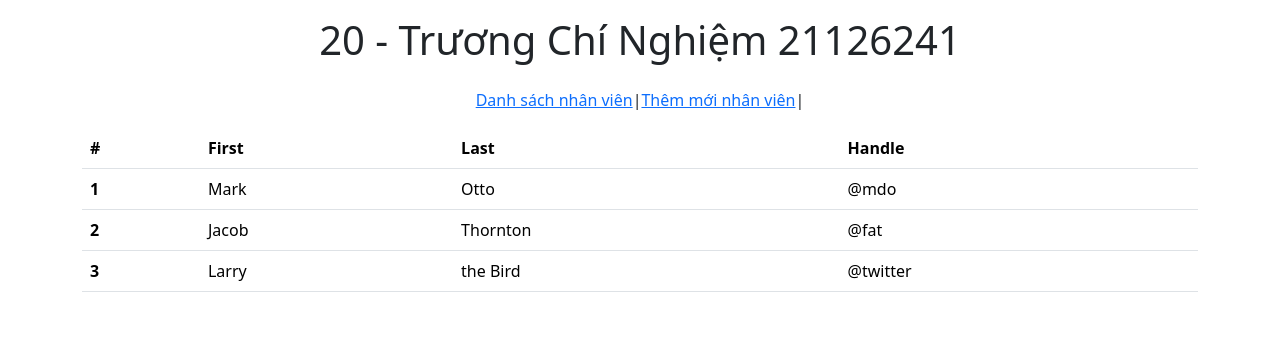
Repository: TruongChiNghiem1/wwwServlet
Page: http://localhost/20_TruongChiNghiem_21126241/views/ListNhanVien/index.jsp
These files come from the project's save history. The page is drawn as it stood at one moment and after the next save; the edit follows.
The browser window is 1280 px wide. The pictures show the whole page.
The page is served by Tomcat 10. Other server files are loaded and not shown.

Above is the page before, as saved 2024-10-25 16:50:17.

### 20_TruongChiNghiem_21126241/src/main/webapp/views/ListNhanVien/index.jsp
<%@ page language="java" contentType="text/html; charset=UTF-8"
	pageEncoding="UTF-8"%>
<!DOCTYPE html>
<html>
<head>
<meta charset="UTF-8">
<title>Insert title here</title>
<link
	href="https://cdn.jsdelivr.net/npm/bootstrap@5.3.3/dist/css/bootstrap.min.css"
	rel="stylesheet"
	integrity="sha384-QWTKZyjpPEjISv5WaRU9OFeRpok6YctnYmDr5pNlyT2bRjXh0JMhjY6hW+ALEwIH"
	crossorigin="anonymous">
<script
	src="https://cdn.jsdelivr.net/npm/bootstrap@5.3.3/dist/js/bootstrap.bundle.min.js"
	integrity="sha384-YvpcrYf0tY3lHB60NNkmXc5s9fDVZLESaAA55NDzOxhy9GkcIdslK1eN7N6jIeHz"
	crossorigin="anonymous"></script>
</head>
<body>
	<div class="container">
		<div class="d-flex justify-content-center m-3">
			<h1>20 - Trương Chí Nghiệm 21126241</h1>
		</div>
		<div class="d-flex justify-content-center m-3">
			<a href="/20_TruongChiNghiem_21126241">Danh sách nhân viên</a>|
			<a href="/20_TruongChiNghiem_21126241/add-data">Thêm mới nhân viên</a>|
		</div>
		<div>
			<table class="table">
				<thead>
					<tr>
						<th scope="col">#</th>
						<th scope="col">First</th>
						<th scope="col">Last</th>
						<th scope="col">Handle</th>
					</tr>
				</thead>
				<tbody>
					<tr>
						<th scope="row">1</th>
						<td>Mark</td>
						<td>Otto</td>
						<td>@mdo</td>
					</tr>
					<tr>
						<th scope="row">2</th>
						<td>Jacob</td>
						<td>Thornton</td>
						<td>@fat</td>
					</tr>
					<tr>
						<th scope="row">3</th>
						<td>Larry</td>
						<td>the Bird</td>
						<td>@twitter</td>
					</tr>
				</tbody>
			</table>
		</div>
	</div>
</body>
</html>

After the next save:
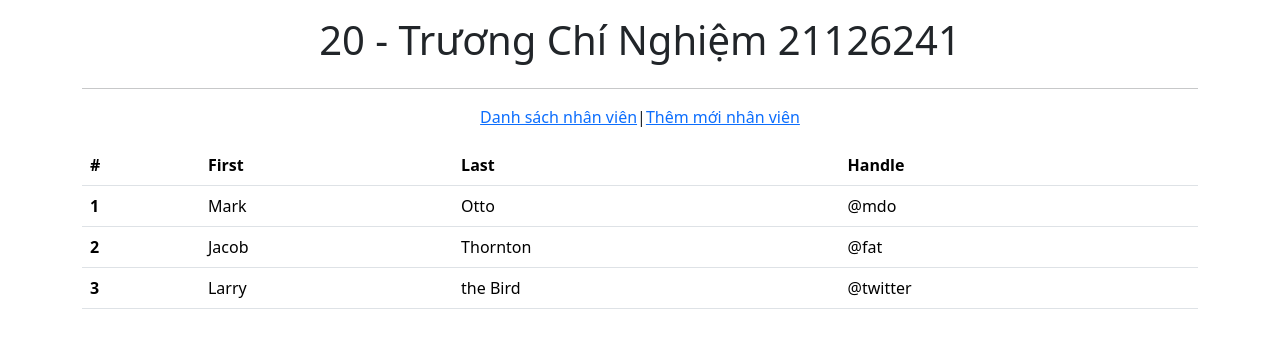
Saved 36 s later.
--- a/20_TruongChiNghiem_21126241/src/main/webapp/views/ListNhanVien/index.jsp
+++ b/20_TruongChiNghiem_21126241/src/main/webapp/views/ListNhanVien/index.jsp
@@ -20,9 +20,10 @@
 		<div class="d-flex justify-content-center m-3">
 			<h1>20 - Trương Chí Nghiệm 21126241</h1>
 		</div>
+		<hr>
 		<div class="d-flex justify-content-center m-3">
 			<a href="/20_TruongChiNghiem_21126241">Danh sách nhân viên</a>|
-			<a href="/20_TruongChiNghiem_21126241/add-data">Thêm mới nhân viên</a>|
+			<a href="/20_TruongChiNghiem_21126241/add-data">Thêm mới nhân viên</a>
 		</div>
 		<div>
 			<table class="table">
